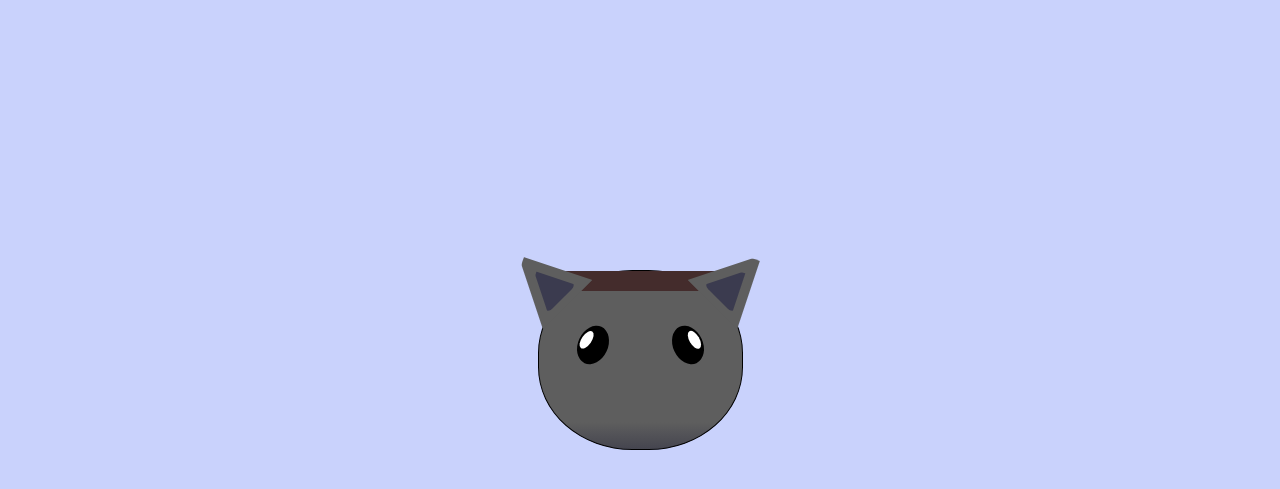
Repository: Lungdjos/cat_painting
Page: index.html
An editor plug-in stored every save of this project. The page is shown before and after the next save, followed by the edit.
The browser window is 1280 px wide. The pictures show the whole page.

Above is the page before, as saved 2023-11-09 23:41:21.

### index.html
<!DOCTYPE html>
<html lang="en">

<head>
    <meta charset="UTF-8">
    <meta name="viewport" content="width=device-width, initial-scale=1.0">
    <title>fCC Cat Painting</title>
    <link rel="stylesheet" href="./styles.css">
</head>

<body>
    <main>
        <div class="cat-head">
            <div class="cat-ears">
                <div class="cat-right-ear">
                    <div class="cat-right-inner-ear"></div>
                </div>
                <div class="cat-left-ear">
                    <div class="cat-left-inner-ear"></div>
                </div>
            </div>
            <div class="cat-eyes">
                <div class="cat-left-eye">
                    <div class="cat-left-inner-eye"></div>
                </div>
                <div class="cat-right-eye">
                    <div class="cat-right-inner-eye"></div>
                </div>
            </div>
            <div class="cat-nose"></div>
        </div>
    </main>

</body>

</html>

### styles.css
* {
    box-sizing: border-box;
}

body {
    background-color: #c9d2fc;
}

.cat-head {
    position: absolute;
    right: 0;
    left: 0;
    top: 0;
    bottom: 0;
    margin: auto;
    background: linear-gradient(#5e5e5e 85%, #45454f 100%);
    width: 205px;
    height: 180px;
    border: 1px solid #000;
    border-radius: 46%;
}

.cat-left-ear {
    position: absolute;
    top: -26px;
    left: -31px;
    z-index: 1;
    border-top-left-radius: 90px;
    border-top-right-radius: 10px;
    transform: rotate(-45deg);
    border-left: 35px solid transparent;
    border-right: 35px solid transparent;
    border-bottom: 70px solid #5e5e5e;
}

.cat-right-ear {
    position: absolute;
    top: -26px;
    left: 163px;
    z-index: 1;
    transform: rotate(45deg);
    border-top-left-radius: 90px;
    border-top-right-radius: 10px;
    border-left: 35px solid transparent;
    border-right: 35px solid transparent;
    border-bottom: 70px solid #5e5e5e;
}

.cat-left-inner-ear {
    position: absolute;
    top: 22px;
    left: -20px;
    border-top-left-radius: 90px;
    border-top-right-radius: 10px;
    border-bottom-right-radius: 40%;
    border-bottom-left-radius: 40%;
    border-left: 20px solid transparent;
    border-right: 20px solid transparent;
    border-bottom: 40px solid #3b3b4f;
}

.cat-right-inner-ear {
    position: absolute;
    top: 22px;
    left: -20px;
    border-top-left-radius: 90px;
    border-top-right-radius: 10px;
    border-bottom-right-radius: 40%;
    border-bottom-left-radius: 40%;
    border-left: 20px solid transparent;
    border-right: 20px solid transparent;
    border-bottom: 40px solid #3b3b4f;
}

.cat-left-eye {
    position: absolute;
    top: 54px;
    left: 39px;
    border-radius: 60%;
    transform: rotate(25deg);
    width: 30px;
    height: 40px;
    background-color: #000;
}

.cat-right-eye {
    position: absolute;
    top: 54px;
    left: 134px;
    border-radius: 60%;
    transform: rotate(-25deg);
    width: 30px;
    height: 40px;
    background-color: #000;
}

.cat-left-inner-eye {
    position: absolute;
    top: 8px;
    left: 2px;
    width: 10px;
    height: 20px;
    transform: rotate(10deg);
    background-color: #fff;
    border-radius: 60%;
}

.cat-right-inner-eye {
    position: absolute;
    top: 8px;
    left: 18px;
    border-radius: 60%;
    transform: rotate(-5deg);
    width: 10px;
    height: 20px;
    background-color: #fff;
}

.cat-nose {
    border-left: 15px solid transparent;
    border-right: 15px solid transparent;
    border-bottom: 20px solid #442c2c;
}

After the next save:
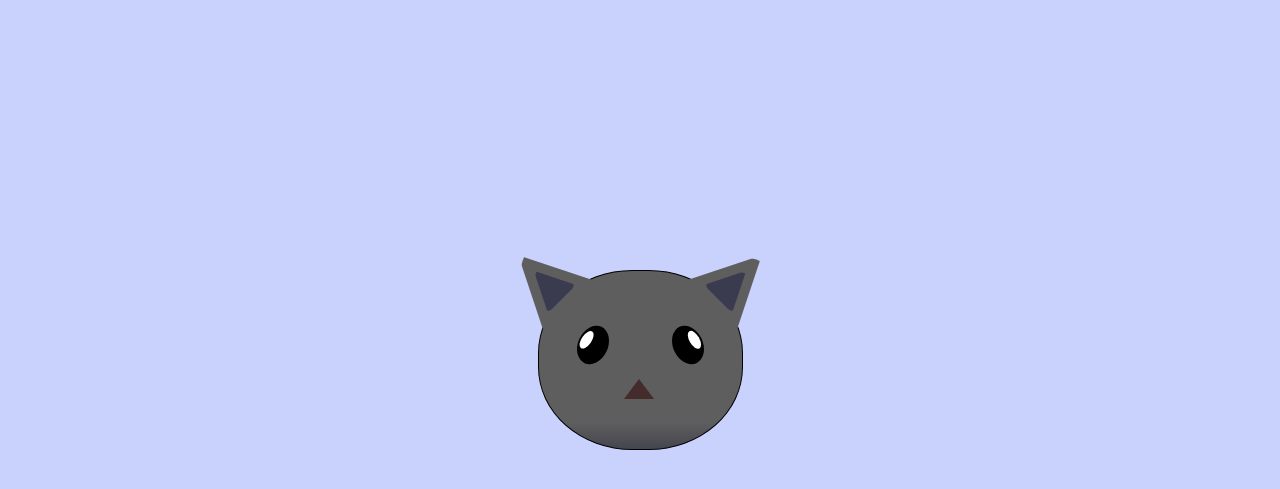
Saved 85 s later.
--- a/styles.css
+++ b/styles.css
@@ -120,4 +120,7 @@ body {
     border-left: 15px solid transparent;
     border-right: 15px solid transparent;
     border-bottom: 20px solid #442c2c;
+    position: absolute;
+    top: 108px;
+    left: 85px;
 }
